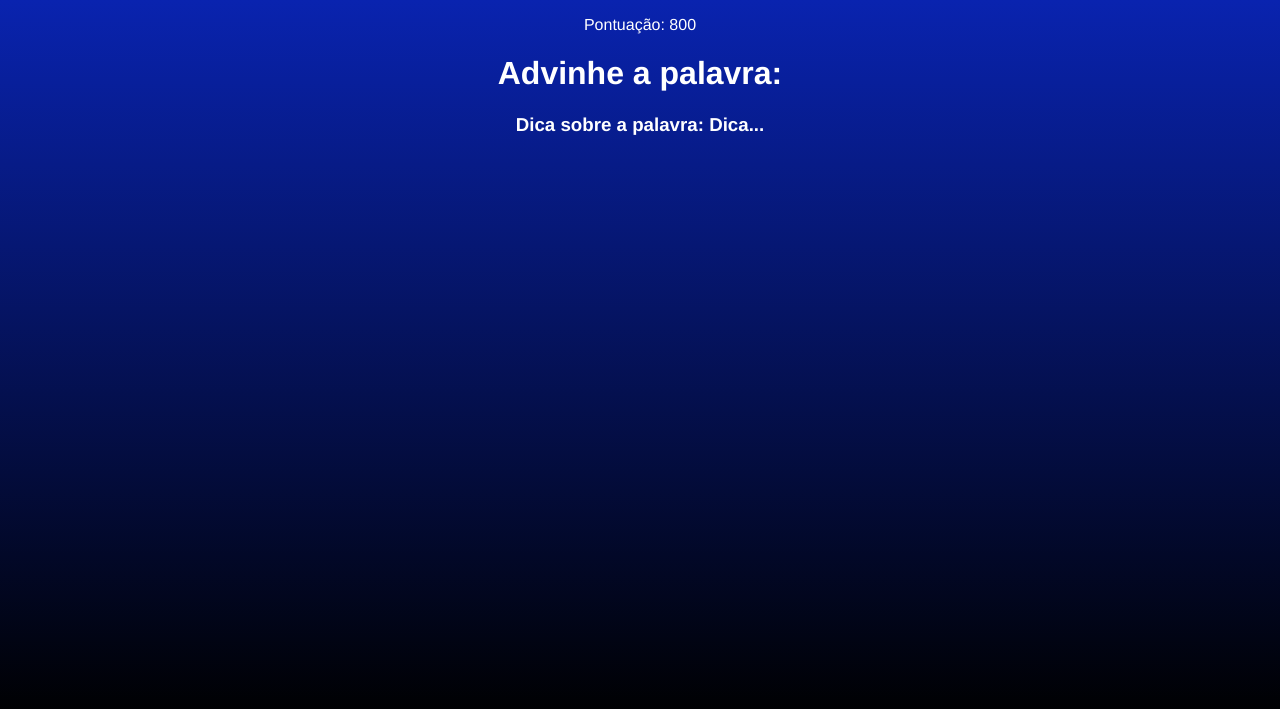
Repository: willamesalmeida/SecretWord
Page: /, after clicking the first element matching `button`
An editor plug-in stored every save of this project. The page is shown before and after the next save, followed by the edit.
The browser window is 1280 px wide. The pictures show the whole page.
The project was rebuilt for these pictures with package versions that can differ from the ones it lists, and the page was loaded fresh each time. Also part of the build but not shown: src/Global.css, src/components/StartScreen.css, src/components/Game.css, src/components/GameOver.js.

Above is the page before, as saved 2022-10-03 16:50:06.

After the next save:
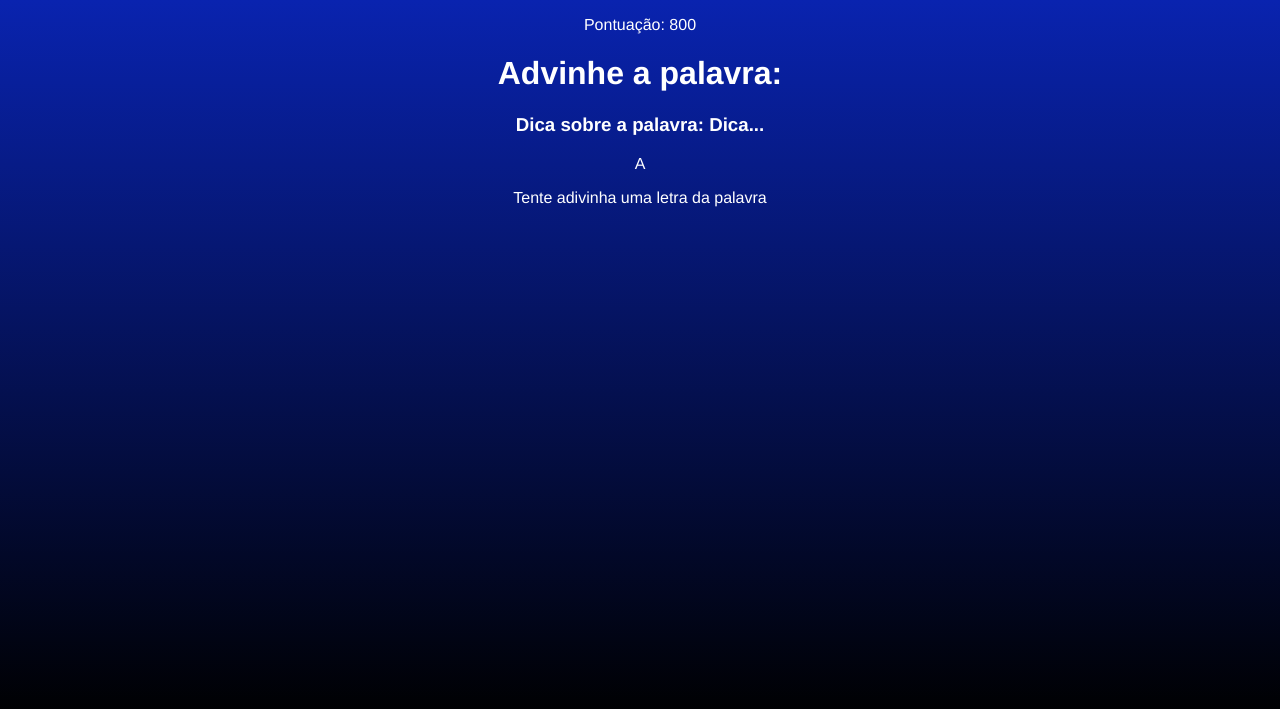
Saved 86 s later.
--- a/src/components/Game.js
+++ b/src/components/Game.js
@@ -10,6 +10,13 @@ const Game = ({verifyLetter}) => {
   <h3 className="tip">
     Dica sobre a palavra: <span>Dica...</span>
   </h3>
+  <div className="wordContainer">
+    <span className="letter">A</span>
+    <span className="blackSquare"></span>
+  </div>
+  <div className="letterContainer">
+    <p>Tente adivinha uma letra da palavra</p>
+  </div>
 </div>
   );
 };
